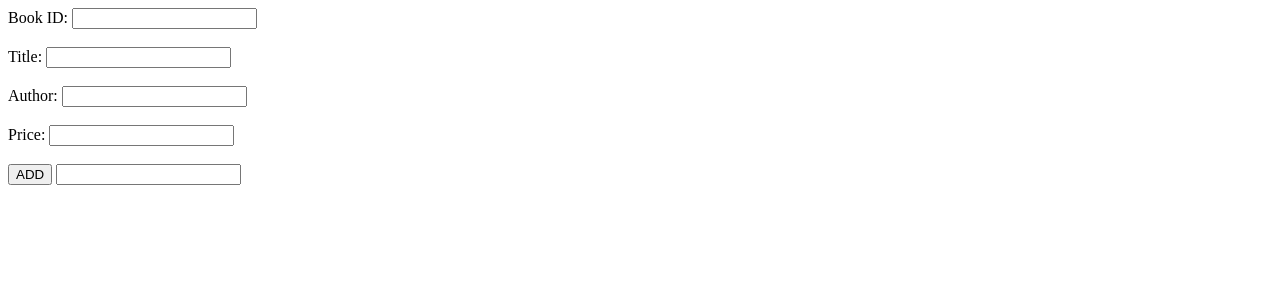
Repository: KoviAnusha/Typescript-files
Page: workspace-sts-3.9.9.RELEASE/BookHomeAssignment/WebContent/InsertBooks.html
These files come from the project's save history. The page is drawn as it stood at one moment and after the next save; the edit follows.
The browser window is 1280 px wide. The pictures show the whole page.

Above is the page before, as saved 2019-08-23 08:38:58.

### workspace-sts-3.9.9.RELEASE/BookHomeAssignment/WebContent/InsertBooks.html
<!DOCTYPE html>
<html>
<head>
<meta charset="ISO-8859-1">
<title>Insert title here</title>
</head>
<body>
<form method="post" action="register">
Book ID: <input type="text" name="id" ><br><br>
Title: <input type="text" name="title" ><br><br>
Author: <input type="text" name="author" ><br><br>
Price: <input type="text" name="price" ><br><br>
<button onclick=add(id,title,author,price)>ADD</button>
<input>
</form>
</body>
</html>

After the next save:
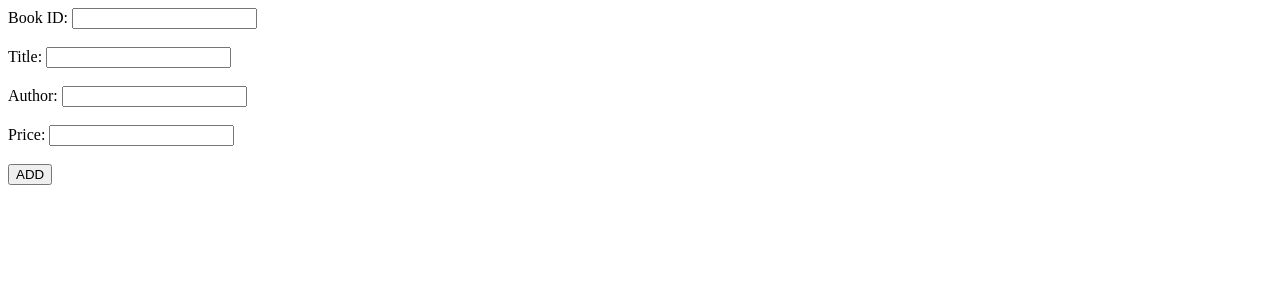
Saved 24 s later.
--- a/workspace-sts-3.9.9.RELEASE/BookHomeAssignment/WebContent/InsertBooks.html
+++ b/workspace-sts-3.9.9.RELEASE/BookHomeAssignment/WebContent/InsertBooks.html
@@ -11,7 +11,6 @@ Title: <input type="text" name="title" ><br><br>
 Author: <input type="text" name="author" ><br><br>
 Price: <input type="text" name="price" ><br><br>
 <button onclick=add(id,title,author,price)>ADD</button>
-<input>
 </form>
 </body>
 </html>
